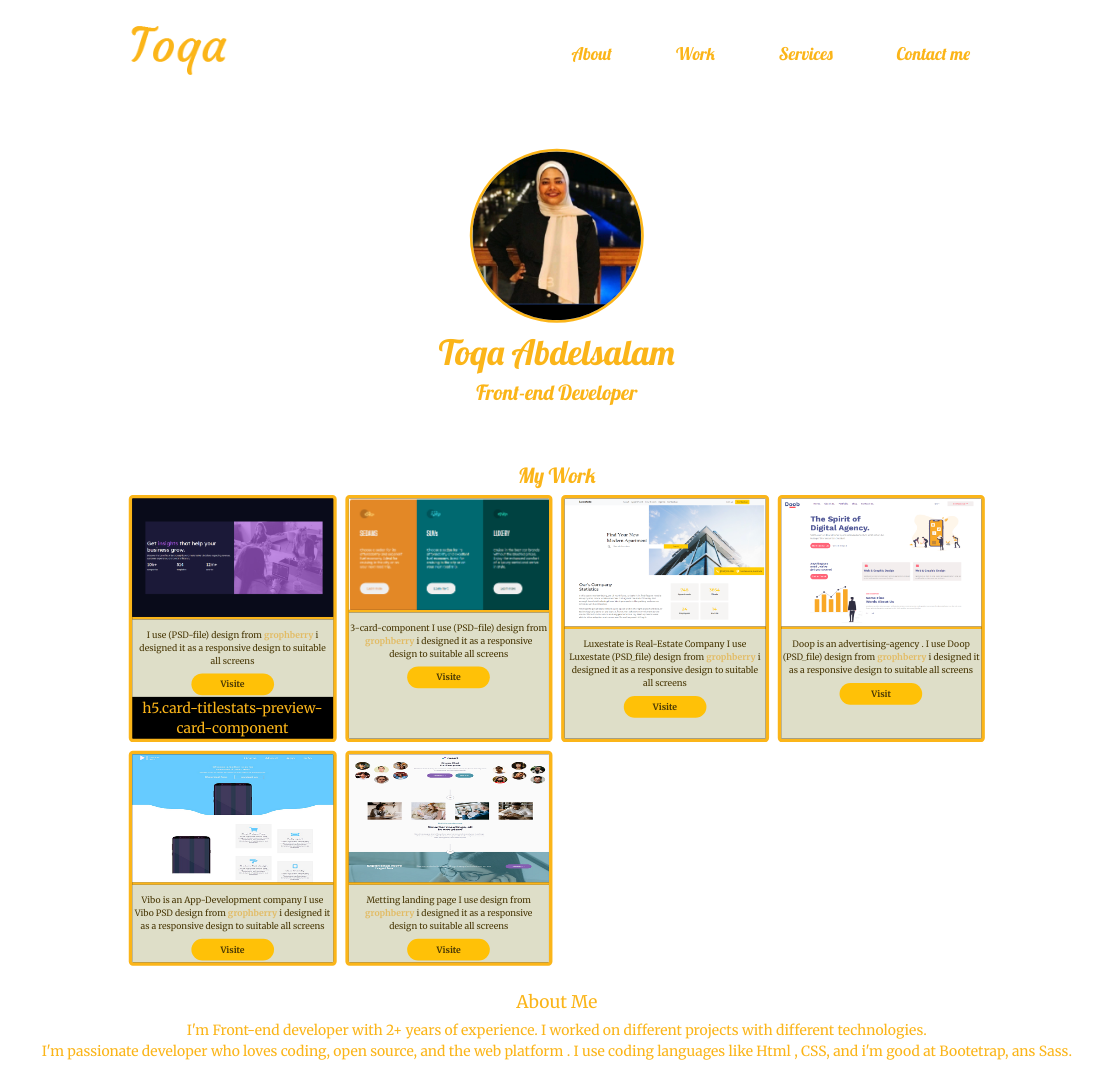
Repository: Toqa-25/portfolio
Page: index.html
An editor plug-in stored every save of this project. The page is shown before and after a run of saves, followed by the edit.
The browser window is 1280 px wide. The pictures show the whole page, at 87% of full size.
Some web fonts or font styles are not loaded; a fallback is used.

Above is the page before, as saved 2021-10-31 18:16:03.

After the next 2 saves:
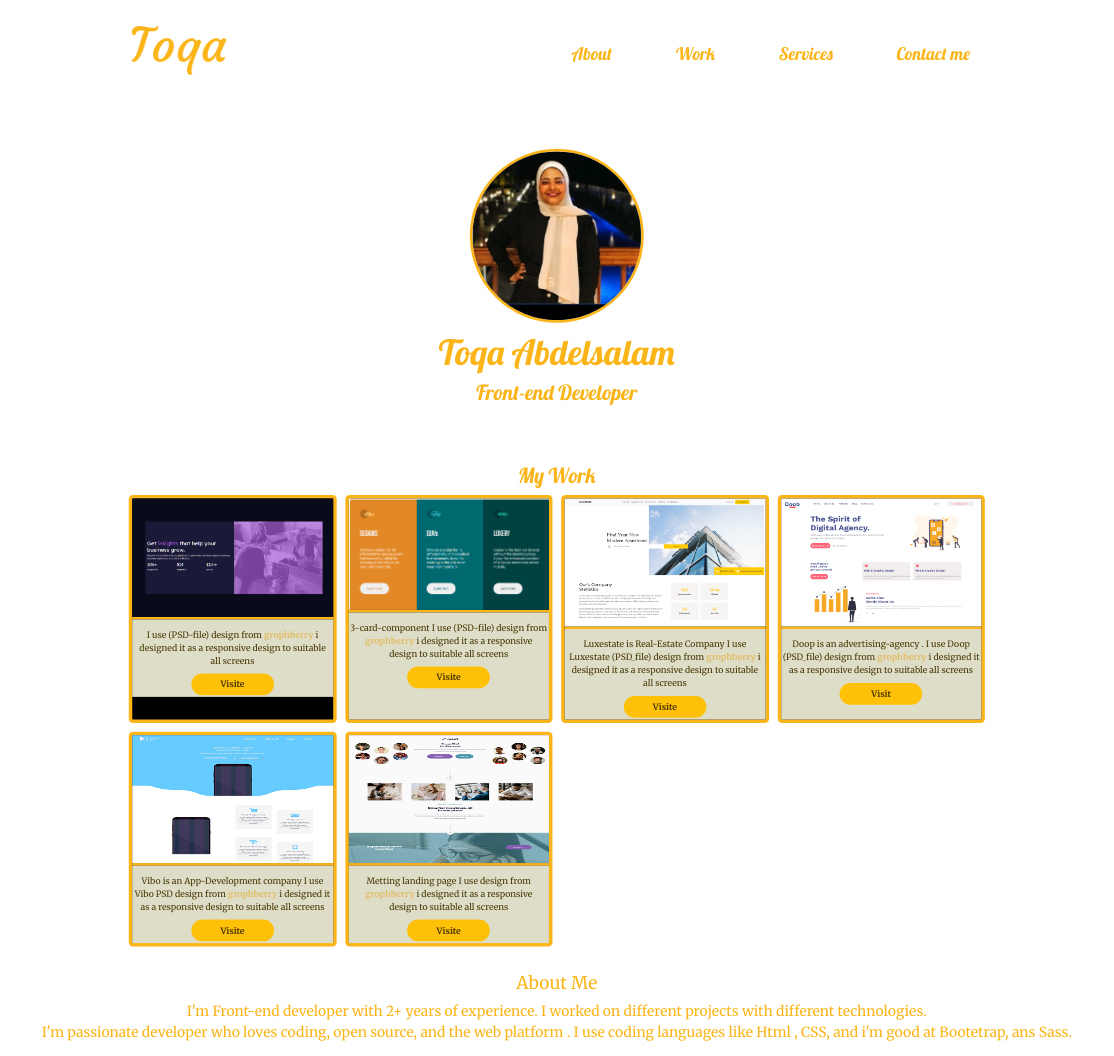
The 2 saves are shown as one change because they came seconds apart.
The last was saved 7 s later.
--- a/index.html
+++ b/index.html
@@ -80,7 +80,7 @@
         <button><a href="https://toqa-25.github.io/stats-preview-card-component-main/">Visite</a></button>
         </p>
         </div>
-        h5.card-titlestats-preview-card-component
+        <h5 class="card-title"></h5>
  </div>
       <div class="project card" role="menu">
         <img src="images/toqa-25.github.io_3-cards-component3_.png" alt="">
